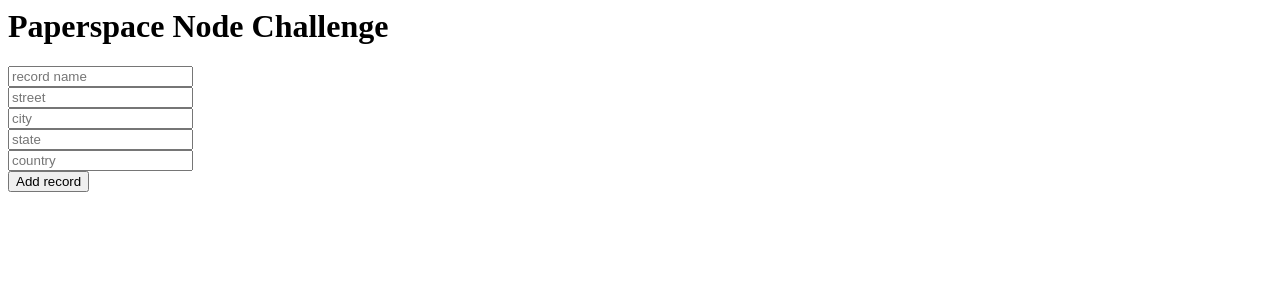
Repository: demesvardestin/paperspace-node
Page: public/index.html
The author's editor kept a record of every edit. The page is drawn from the files as they stood at one moment, then again after the next edit.
The browser window is 1280 px wide. The pictures show the whole page.

Above is the page before.

After the next edit:
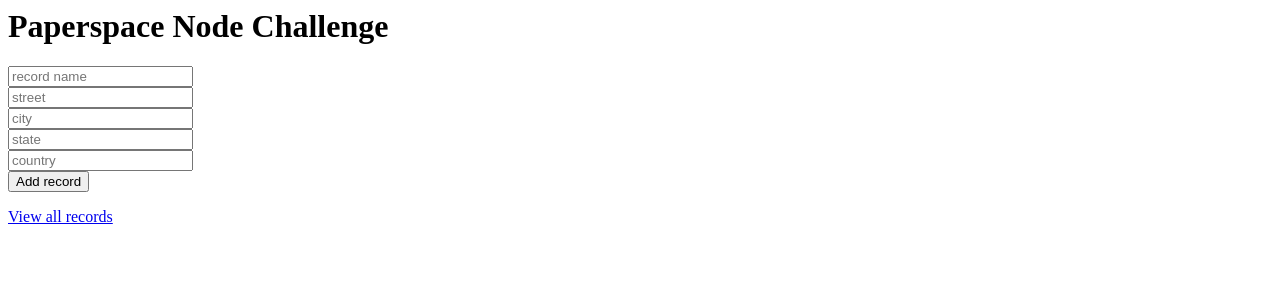
The edit:
--- a/public/index.html
+++ b/public/index.html
@@ -1,28 +1,35 @@
 <h1>Paperspace Node Challenge</h1>
 
 <section id="new-record-form">
-<form action="/addresses" method="post">
-    <div class="field">
-        <input type="text" class="form-control" name="name" placeholder="record name">
-    </div>
+    <form action="/addresses" method="post">
+        <div class="field">
+            <input type="text" class="form-control" name="name" placeholder="record name">
+        </div>
 
-    <div class="field">
-        <input type="text" class="form-control" name="street" placeholder="street">
-    </div>
+        <div class="field">
+            <input type="text" class="form-control" name="street" placeholder="street">
+        </div>
 
-    <div class="field">
-        <input type="text" class="form-control" name="city" placeholder="city">
-    </div>
+        <div class="field">
+            <input type="text" class="form-control" name="city" placeholder="city">
+        </div>
 
-    <div class="field">
-        <input type="text" class="form-control" name="state" placeholder="state">
-    </div>
+        <div class="field">
+            <input type="text" class="form-control" name="state" placeholder="state">
+        </div>
 
-    <div class="field">
-        <input type="text" class="form-control" name="country" placeholder="country">
-    </div>
+        <div class="field">
+            <input type="text" class="form-control" name="country" placeholder="country">
+        </div>
 
-    <div class="actions">
-        <input type="button" value="Add record">
-    </div>
-</form>
+        <div class="actions">
+            <input type="button" value="Add record">
+        </div>
+    </form>
+</section>
+
+<section id="view-records">
+    <a type="button" href="/addresses">
+        View all records
+    </a>
+</section>
